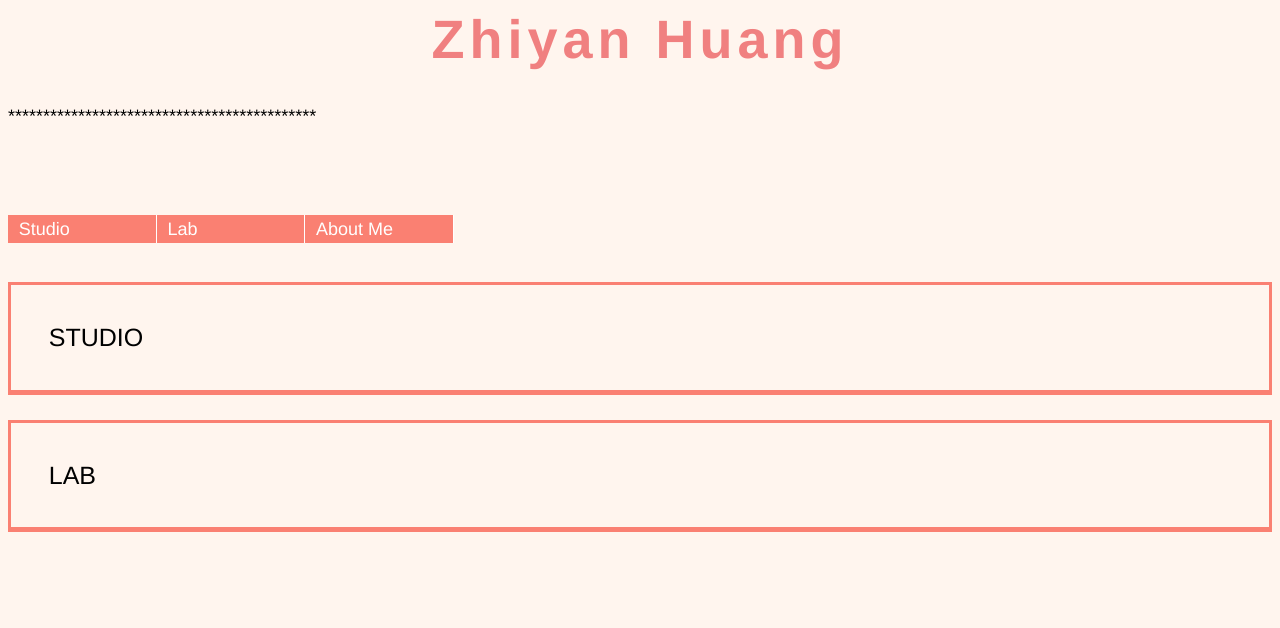
Repository: huanz488/huanz488-github.io
Page: index.html
The author's editor kept a record of every edit. The page is drawn from the files as they stood at one moment, then again after the next edit.
The browser window is 1280 px wide. The pictures show the whole page.

Above is the page before.

After the next edit:
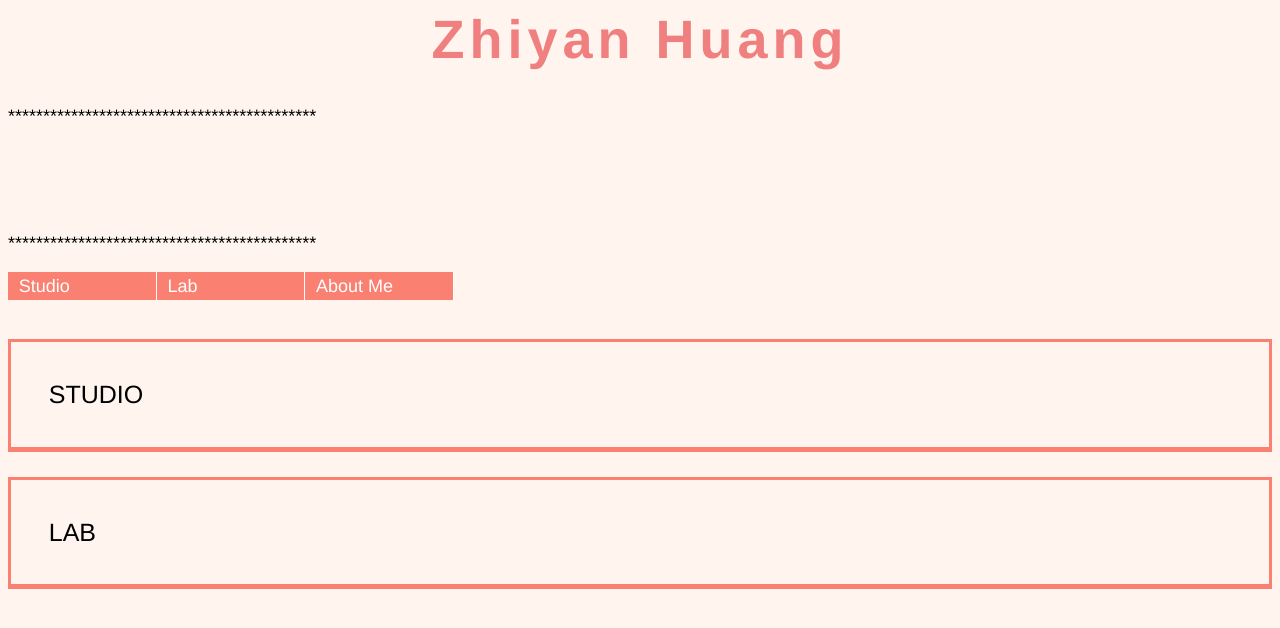
The edit:
--- a/index.html
+++ b/index.html
@@ -8,7 +8,13 @@
     <P>********************************************</P><br>
     <marquee direction=right><font size=5>Welcome to my page.</font></font></marquee><br>
     <br>
+    <p>********************************************</p>
     </body>
+
+<style>
+    color:#F08080;
+
+</style>
 
 <style type="text/css">
 ul
